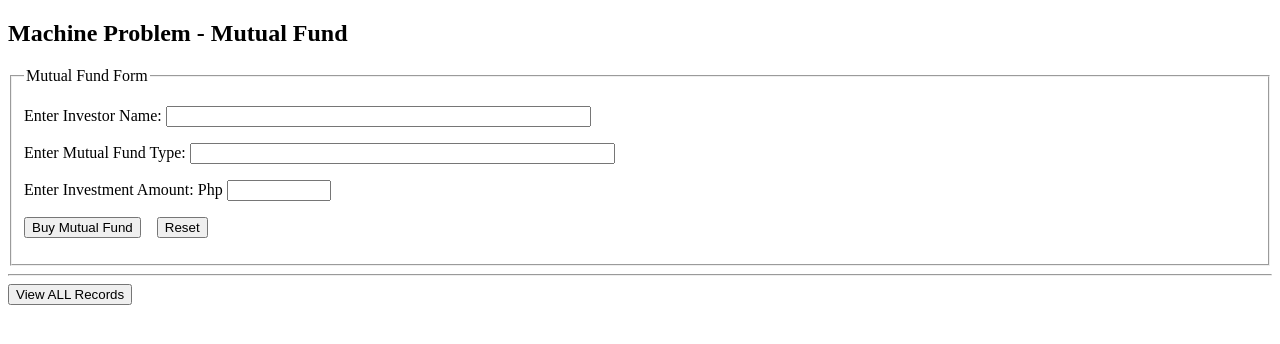
Repository: joshualaxamana/INFOSECWorkspace
Page: http://localhost/MachineProblem1/
The author's editor kept a copy of each file at every save. The page is drawn from the files as they stood at one save, then again after the next save.
The browser window is 1280 px wide. The pictures show the whole page.
The page is served by Tomcat 9. Other server files are loaded and not shown.

Above is the page before, as saved 2017-11-18 19:56:59.

### MachineProblem1/web/index.jsp
<%@ page language="java" contentType="text/html; charset=ISO-8859-1"
    pageEncoding="ISO-8859-1"%>
<!DOCTYPE html>
<html>
<head>
<meta http-equiv="Content-Type" content="text/html; charset=ISO-8859-1">
<title>Machine Problem - Mutual Fund</title>
</head>
<body>
	<h2>Machine Problem - Mutual Fund</h2>

	<fieldset>
		<legend>Mutual Fund Form</legend>
		<form action='processmutualfund.action' method='post'>
			<p>Enter Investor Name:
				<input type='text' name='name' id='name'
					size='50' required="required"/>
			</p>
			<p>Enter Mutual Fund Type:
				<input type='text' name='type' id='type'
					size='50' required="required"/>
			</p>
			<p>Enter Investment Amount: Php
				<input type="number" name='amount' id='amount'
					min="1000" max="10000000" required="required"/>
			</p>
			<p>
				<input type="submit" value='Buy Mutual Fund'/>&nbsp;&nbsp;&nbsp;
				<input type="reset"/>
			</p>
		</form>
	</fieldset>
	<hr/>
	<form action="listallrecords.action">
		<input type="submit" value="View ALL Records">
	</form>
</body>
</html>

After the next save:
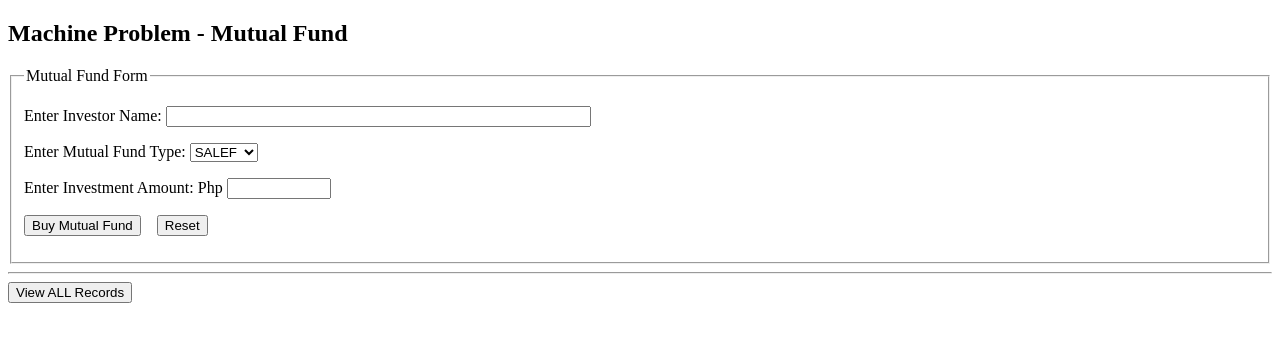
Saved 10 min 8 s later.
--- a/MachineProblem1/web/index.jsp
+++ b/MachineProblem1/web/index.jsp
@@ -17,8 +17,11 @@
 					size='50' required="required"/>
 			</p>
 			<p>Enter Mutual Fund Type:
-				<input type='text' name='type' id='type'
-					size='50' required="required"/>
+				<select name='company' id='company'>
+					<option value="SALEF">SALEF</option>
+					<option value="SALBF">SALBF</option>
+					<option value="SALFIF">SALFIF</option>
+				</select>
 			</p>
 			<p>Enter Investment Amount: Php
 				<input type="number" name='amount' id='amount'
